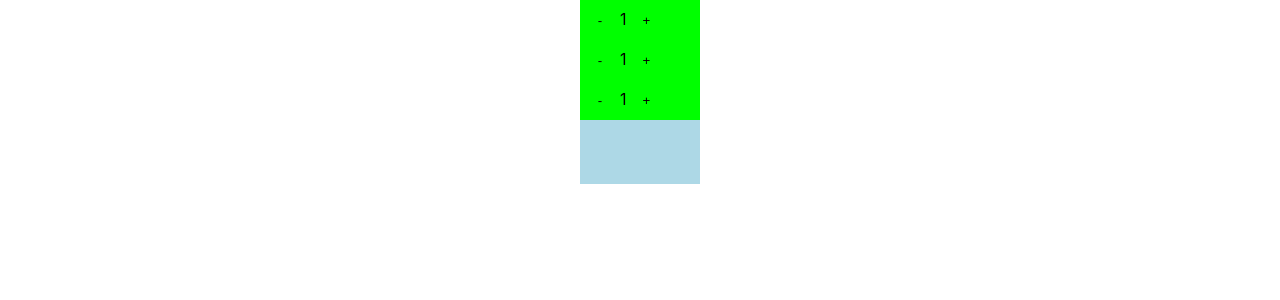
Repository: max535/test-task-netrika
Page: /
The author's editor kept a copy of each file at every save. The page is drawn from the files as they stood at one save, then again after the next save.
The browser window is 1280 px wide. The pictures show the whole page.
The project was rebuilt for these pictures with package versions that can differ from the ones it lists, and the page was loaded fresh each time.

Above is the page before, as saved 2021-10-16 07:01:46.

### public/index.html
<!DOCTYPE html>
<html lang="en">
  <head>
    <meta charset="utf-8" />
    <meta name="viewport" content="width=device-width, initial-scale=1" />
    <title>Тестовые задания</title>
  </head>
  <body>
    <div id="root"></div>
  </body>
</html>

### src/App.js
import React from 'react';
import Counter from './Counter/Counter';
import './App.css';

function App() {
  return (
    <div className="App">
      <div className="Frame">
        <Counter className="White" />
        <Counter className="Red" />
        <Counter className="Lime" />
      </div>
    </div>
  );
}

export default App;

### src/Counter/Counter.js
import React, { useState } from 'react';
import "./Counter.css";

const Counter = () => {
    const [count, setCount] = useState(1);

    const handleIncrement = () => {
        setCount(count + 1);
    }

    const handleDecrement = () => {
        setCount(count - 1);
    }

    return (
        <div className="Counter">
            <button className="Decrement" onClick={handleDecrement}>-</button>
            <span className="Count">{count}</span>
            <button className="Increment" onClick={handleIncrement}>+</button>
        </div>
    );
}

export default Counter;

### src/App.css
.App {
  display: flex;
  flex-direction: column;
  align-items: center;
  width: 100%;
  height: 100%;
}

### src/Counter/Counter.css
.Frame {
    display: flex;
    flex-direction: column;
    align-items: center;
    width: 120px;
    height: 184px;
    background-color: lightblue;
}

.White {
    background-color: #FFF;
}

.Counter {
   width: 120px;
   height: 40px;
   background-color: lime;

}

.Decrement, .Increment {
    width: 40px;
    height: 40px;
    border: none;
    background-color: inherit;
}

/* .Increment {
    width: 40px;
    height: 40px;
} */

.Count {
    width: 40px;
    height: 40px;
}

Loaded but not shown: src/index.js (common file); src/index.css (common file)

After the next save:
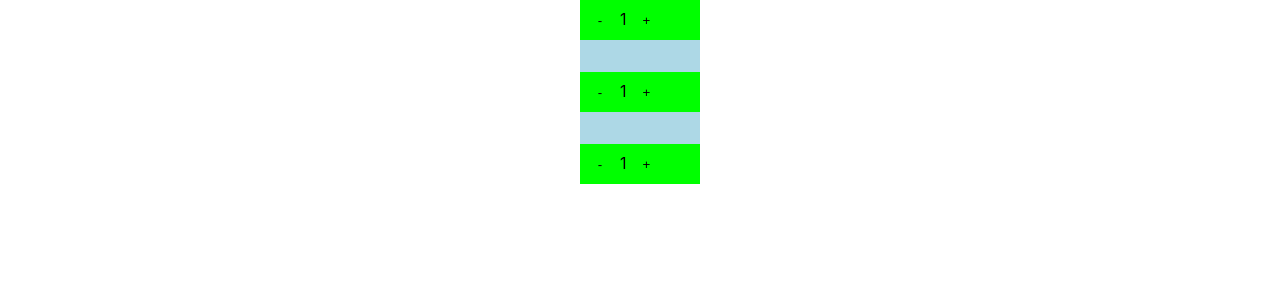
Saved 68 s later.
--- a/src/Counter/Counter.css
+++ b/src/Counter/Counter.css
@@ -2,6 +2,7 @@
     display: flex;
     flex-direction: column;
     align-items: center;
+    justify-content: space-between;
     width: 120px;
     height: 184px;
     background-color: lightblue;
